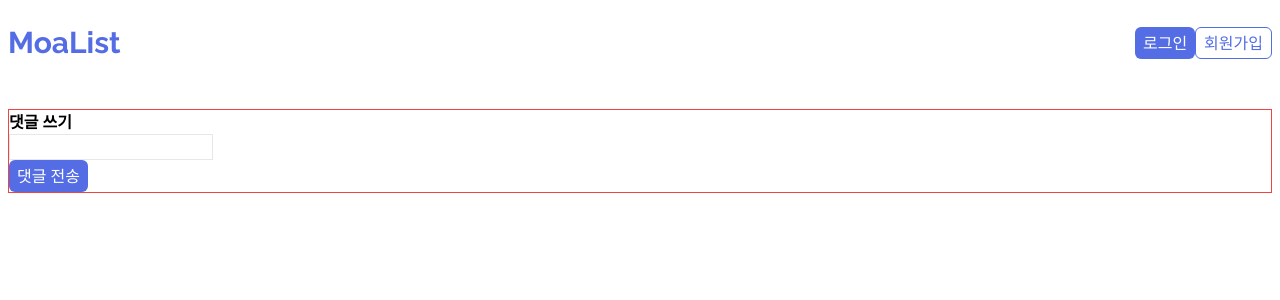
Repository: wisdomshin/moa-list
Page: /comment/new
The author's editor kept a copy of each file at every save. The page is drawn from the files as they stood at one save, then again after the next save.
The browser window is 1280 px wide. The pictures show the whole page.
The page's requests for data from a server got no answer. The project was rebuilt for these pictures with package versions that can differ from the ones it lists, and the page was loaded fresh each time. The framework's server and built-in components were replaced by stand-ins that run in the browser. No one was signed in, and anything a server would have sent is missing. Also part of the build but not shown: next.config.mjs, components/layout/LogoutBtn.js.

Above is the page before, as saved 2024-02-21 00:23:17.

After the next save:
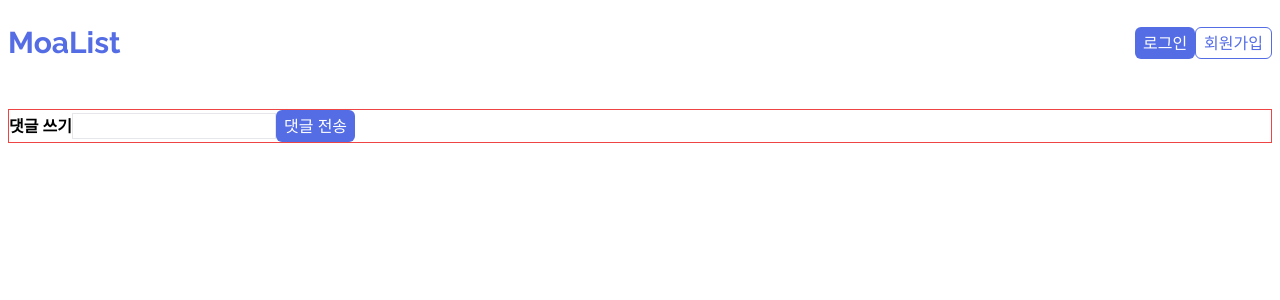
Saved 12 s later.
--- a/app/comment/new/page.js
+++ b/app/comment/new/page.js
@@ -2,7 +2,7 @@ export default function CommentWrite() {
   return (
     <section className='border border-red-500'>
       <b>댓글 쓰기</b>
-      <input type='text' className='block border' />
+      <input type='text' className='border' />
       <button className='px-2 py-1 rounded-md bg-[#546de5] text-white'>
         댓글 전송
       </button>
